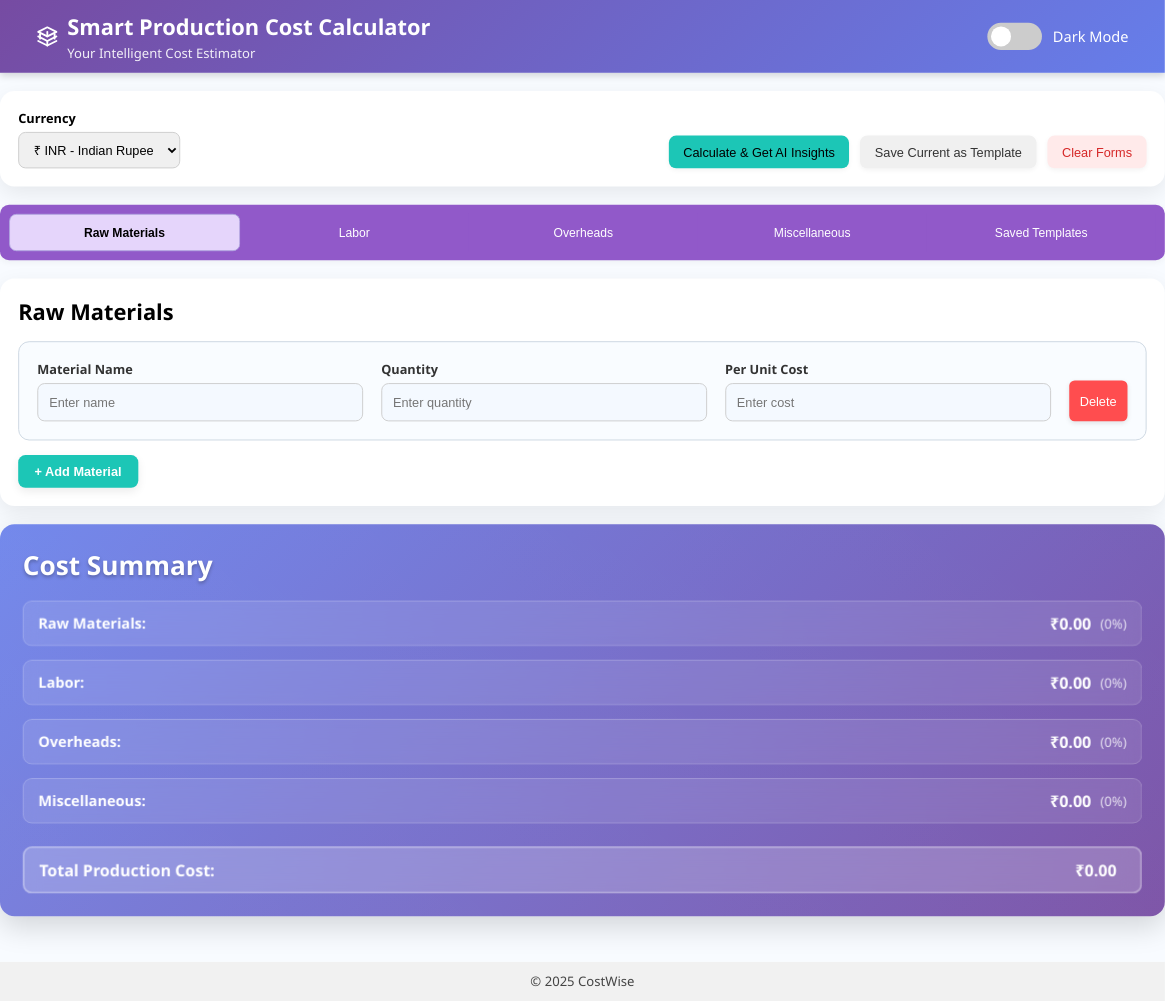
Repository: syntaxion25/COSTWISE
Page: index.html
An editor plug-in stored every save of this project. The page is shown before and after the next save, followed by the edit.
The browser window is 1280 px wide. The pictures show the whole page, at 91% of full size.

Above is the page before, as saved 2025-06-13 20:41:17.
Console error: ReferenceError: savedTemplates is not defined

After the next save:
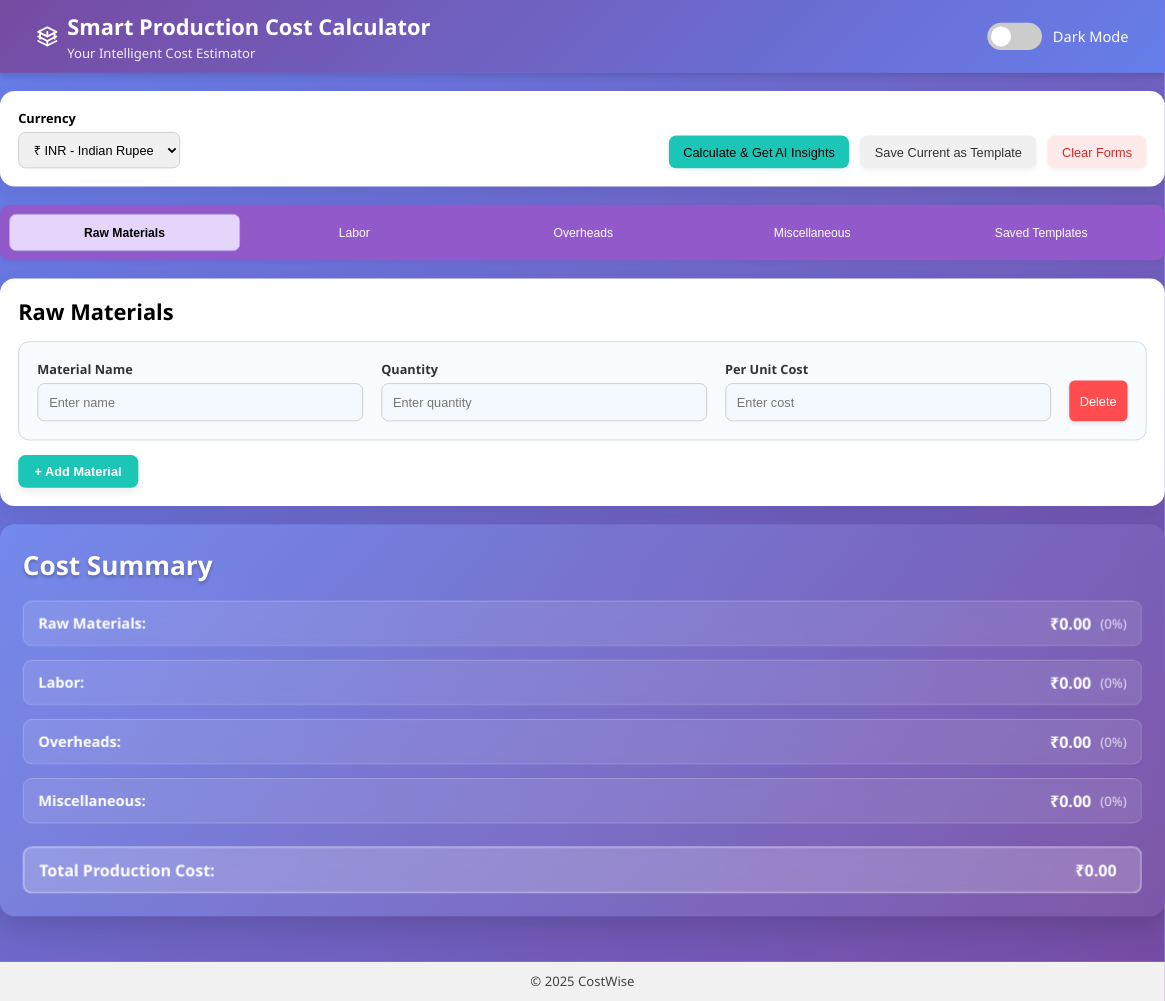
Saved 23 s later.
--- a/style.css
+++ b/style.css
@@ -10,7 +10,7 @@ body {
   background-color: #f8fbff;
   padding-top: 80px;
   /* space for fixed header */
-  background: conic-gradient(135deg, #667eea 0%, #764ba2 100%);
+  background: linear-gradient(135deg, #667eea 0%, #764ba2 100%);
 }
 
 header {
